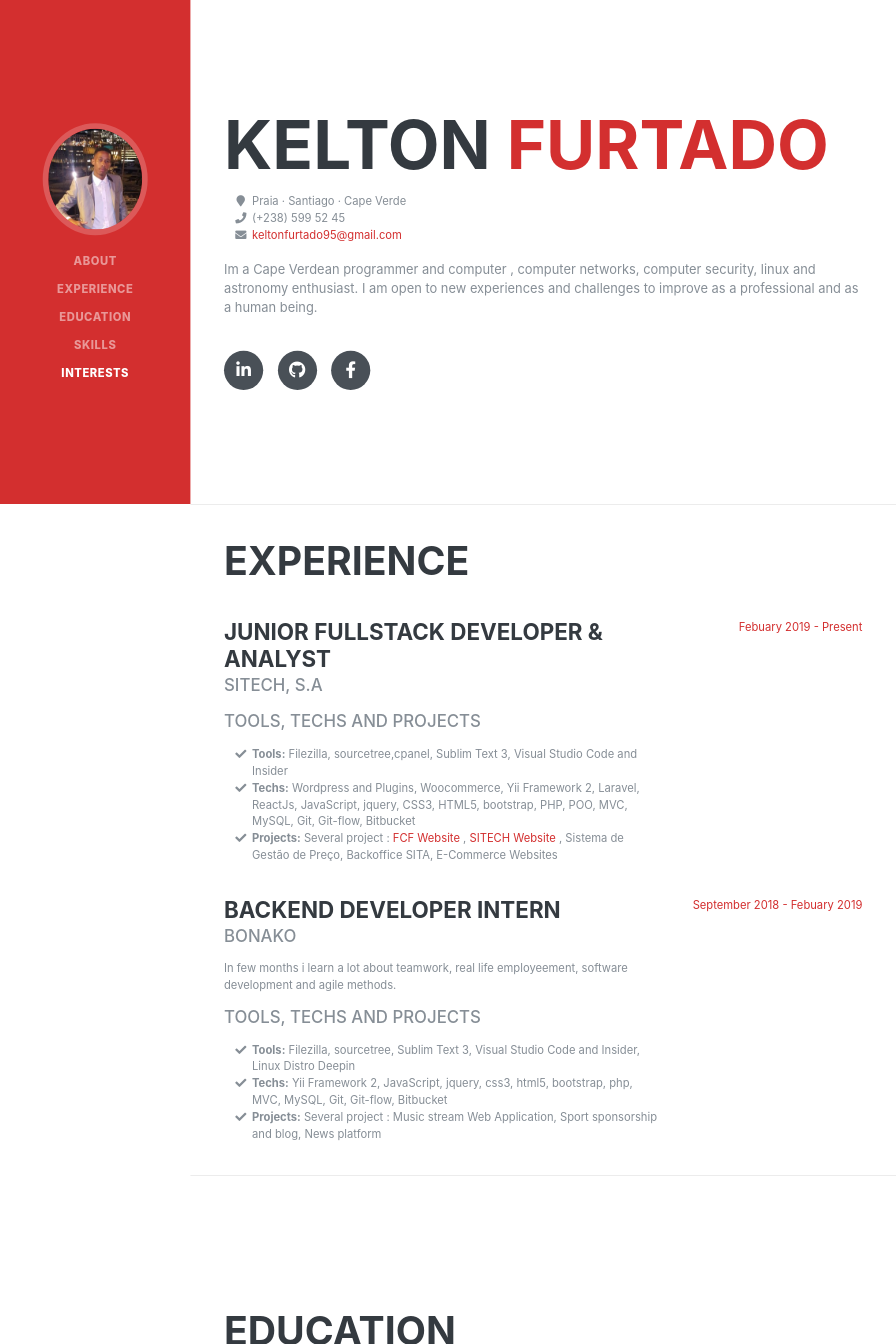
Repository: kcfurtado/kcfurtado.github.io
Page: index.html
The author's editor kept a copy of each file at every save. The page is drawn from the files as they stood at one save, then again after the next save.
The browser window is 1280 px wide. The pictures show the part of the page from y = 0 to 1920 px (the page is 3843 px tall), at 70% of full size.
Some web fonts or font styles are not loaded; a fallback is used.

Above is the page before, as saved 2020-04-04 19:10:21.

### index.html
<!DOCTYPE html>
<html lang="en">

<head>

  <meta charset="utf-8">
  <meta name="viewport" content="width=device-width, initial-scale=1, shrink-to-fit=no">
  <meta name="description" content="">
  <meta name="author" content="">

  <title>Kelton Furtado - Portfolio</title>

  <!-- Bootstrap core CSS -->
  <link href="vendor/bootstrap/css/bootstrap.min.css" rel="stylesheet">

  <!-- Custom fonts for this template -->
  <link href="https://fonts.googleapis.com/css?family=Saira+Extra+Condensed:500,700" rel="stylesheet">
  <link href="https://fonts.googleapis.com/css?family=Muli:400,400i,800,800i" rel="stylesheet">
  <link href="vendor/fontawesome-free/css/all.min.css" rel="stylesheet">

  <!-- Custom styles for this template -->
  <link href="css/resume.min.css" rel="stylesheet">

</head>

<body id="page-top">

  <nav class="navbar navbar-expand-lg navbar-dark bg-primary fixed-top" id="sideNav">
    <a class="navbar-brand js-scroll-trigger" href="#page-top">
      <span class="d-block d-lg-none">Kelton Furtado</span>
      <span class="d-none d-lg-block">
        <img class="img-fluid img-profile rounded-circle mx-auto mb-2" src="img/profile.png" alt="">
      </span>
    </a>
    <button class="navbar-toggler" type="button" data-toggle="collapse" data-target="#navbarSupportedContent" aria-controls="navbarSupportedContent" aria-expanded="false" aria-label="Toggle navigation">
      <span class="navbar-toggler-icon"></span>
    </button>
    <div class="collapse navbar-collapse" id="navbarSupportedContent">
      <ul class="navbar-nav">
        <li class="nav-item">
          <a class="nav-link js-scroll-trigger" href="#about">About</a>
        </li>
        <li class="nav-item">
          <a class="nav-link js-scroll-trigger" href="#experience">Experience</a>
        </li>
        <li class="nav-item">
          <a class="nav-link js-scroll-trigger" href="#education">Education</a>
        </li>
        <li class="nav-item">
          <a class="nav-link js-scroll-trigger" href="#skills">Skills</a>
        </li>
        <li class="nav-item">
          <a class="nav-link js-scroll-trigger" href="#interests">Interests</a>
        </li>
        <!-- <li class="nav-item">
          <a class="nav-link js-scroll-trigger" href="#awards">Awards</a>
        </li> -->
      </ul>
    </div>
  </nav>

  <div class="container-fluid p-0">

    <section class="resume-section p-3 p-lg-5 d-flex align-items-center" id="about">
      <div class="w-100">
        <h1 class="mb-0">Kelton
          <span class="text-primary">Furtado</span>
        </h1>
        <ul class="mt-4 mb-4 fa-ul mb-0">
          <li>
            <i class="fa-li fa fa-map-marker"></i> Praia · Santiago · Cape Verde
          </li>
          <li>
            <i class="fa-li fa fa-phone"></i>(+238) 599 52 45
          </li>
          <li>
            <i class="fa-li fa fa-envelope"></i> <a target="_blank" href="mailto:kelfurtado28@hotmail.com">keltonfurtado95@gmail.com</a>
          </li>
        </ul>
        <p class="lead mb-5">Im a Cape Verdean programmer and computer , computer networks, computer security, linux and astronomy enthusiast. I am open to new experiences and challenges to improve as a professional and as a human being.</p>
        <div class="social-icons">
          <a target="_blank" href="https://linkedin.com/in/kelton-furtado">
            <i class="fab fa-linkedin-in"></i>
          </a>
          <a target="_blank" href="https://github.com/kcfurtado/">
            <i class="fab fa-github"></i>
          </a>
          <!--<a href="#">
            <i class="fab fa-twitter"></i>
          </a>-->
          <a target="_blank" href="https://www.facebook.com/kcafurtado">
            <i class="fab fa-facebook-f"></i>
          </a>
        </div>
      </div>
    </section>

    <hr class="m-0">

    <section class="resume-section p-3 p-lg-5 d-flex justify-content-center" id="experience">
      <div class="w-100">
        <h2 class="mb-5">Experience</h2>

        <div class="resume-item d-flex flex-column flex-md-row justify-content-between mb-5">
          <div class="resume-content">
            <h3 class="mb-0">Junior Fullstack Developer &amp; Analyst</h3>
            <div class="subheading mb-3">SITECH, S.A</div>
            <p></p>
            <div class="subheading mb-3">Tools, Techs and projects</div>
            <ul class="fa-ul mb-0">
              <li>
                <i class="fa-li fa fa-check"></i>
                <b>Tools:</b> Filezilla, sourcetree,cpanel, Sublim Text 3, Visual Studio Code and Insider
              </li>
              <li>
                <i class="fa-li fa fa-check"></i>
                <b>Techs:</b> Wordpress and Plugins, Woocommerce, Yii Framework 2, Laravel, ReactJs,  JavaScript, jquery, CSS3, HTML5, bootstrap, PHP, POO, MVC, MySQL, Git, Git-flow, Bitbucket
              </li>
              <li>
                <i class="fa-li fa fa-check"></i>
                <b>Projects:</b> Several project : <a href="#">FCF Website</a> , <a href="#">SITECH Website</a> , Sistema de Gestão de Preço, Backoffice SITA, E-Commerce Websites
              </li>
            </ul>
          </div>
          <div class="resume-date text-md-right">
            <span class="text-primary">Febuary 2019 - Present</span>
          </div>
        </div>

        <div class="resume-item d-flex flex-column flex-md-row justify-content-between">
          <div class="resume-content">
            <h3 class="mb-0">Backend Developer Intern</h3>
            <div class="subheading mb-3">Bonako</div>
            <p> In few months i learn a lot about teamwork, real life employeement, software development and agile methods.</p>
            <div class="subheading mb-3">Tools, Techs and projects</div>
            <ul class="fa-ul mb-0">
              <li>
                <i class="fa-li fa fa-check"></i>
                <b>Tools:</b> Filezilla, sourcetree, Sublim Text 3, Visual Studio Code and Insider, Linux Distro Deepin
              </li>
              <li>
                <i class="fa-li fa fa-check"></i>
                <b>Techs:</b> Yii Framework 2, JavaScript, jquery, css3, html5, bootstrap, php, MVC, MySQL, Git, Git-flow, Bitbucket
              </li>
              <li>
                <i class="fa-li fa fa-check"></i>
                <b>Projects:</b> Several project : Music stream Web Application, Sport sponsorship and blog, News platform
              </li>
            </ul>
          </div>
          <div class="resume-date text-md-right">
            <span class="text-primary">September 2018 - Febuary 2019</span>
          </div>
        </div>

      </div>

    </section>

    <hr class="m-0">

    <section class="resume-section p-3 p-lg-5 d-flex align-items-center" id="education">
      <div class="w-100">
        <h2 class="mb-5">Education</h2>

        <div class="resume-item d-flex flex-column flex-md-row justify-content-between mb-5">
          <div class="resume-content">
            <h3 class="mb-0">University of Cape Verde</h3>
            <div class="subheading mb-3">Computer Engineering</div>
            <div></div>
            <p></p>
          </div>
          <div class="resume-date text-md-right">
            <span class="text-primary">October 2013 - July 2018 </span>
          </div>
        </div>

        <div class="resume-item d-flex flex-column flex-md-row justify-content-between">
          <div class="resume-content">
            <h3 class="mb-0">Fulgêncio Tavares High School</h3>
            <div class="subheading mb-3">Science and Technology</div>
            <p></p>
          </div>
          <div class="resume-date text-md-right">
            <span class="text-primary">September 2007 - July 2013</span>
          </div>
        </div>

      </div>
    </section>

    <hr class="m-0">

    <section class="resume-section p-3 p-lg-5 d-flex align-items-center" id="skills">
      <div class="w-100">
        <h2 class="mb-5">Skills</h2>

        <div class="subheading mb-3">Programming Languages &amp; Tools</div>
        <ul class="list-inline dev-icons">
          <li class="list-inline-item">
            <i class="fab fa-html5"></i>
          </li>
          <li class="list-inline-item">
            <i class="fab fa-css3-alt"></i>
          </li>
          <li class="list-inline-item">
            <i class="fab fa-js-square"></i>
          </li>
          <li class="list-inline-item">
            <i class="fab fa-php"></i>
          </li>
          <li class="list-inline-item">
            <i class="fab fa-laravel"></i>
          </li>
          <li class="list-inline-item">
            <i class="fab fa-yarn"></i>
          </li>
          <li class="list-inline-item">
            <i class="fab fa-node-js"></i>
          </li>
          <li class="list-inline-item">
            <i class="fab fa-bootstrap"></i>
          </li>
          <li class="list-inline-item">
            <i class="fab fa-wordpress"></i>
          </li>
          <li class="list-inline-item">
            <i class="fab fa-yarn"></i>
          </li>
          <li class="list-inline-item">
            <i class="fab fa-git"></i>
          </li>
          <li class="list-inline-item">
            <i class="fab fa-github"></i>
          </li>
          <li class="list-inline-item">
            <i class="fab fa-gitlab"></i>
          </li>
          <li class="list-inline-item">
            <i class="fab fa-bitbucket"></i>
          </li>
          <li class="list-inline-item">
            <i class="fab fa-npm"></i>
          </li>
          <li class="list-inline-item">
            <i class="fab fa-linux"></i>
          </li>
        </ul>

        <!--<div class="subheading mb-3">Workflow</div>
        <ul class="fa-ul mb-0">
          <li>
            <i class="fa-li fa fa-check"></i>
            Web-First, Responsive Design</li>
          <li>
            <i class="fa-li fa fa-check"></i>
            Cross Browser Testing &amp; Debugging</li>
          <li>
            <i class="fa-li fa fa-check"></i>
            Cross Functional Teams</li>
          <!--<li>
            <i class="fa-li fa fa-check"></i>
            Agile Development &amp; Scrum</li>-->
        </ul>
      </div>
    </section>

    <hr class="m-0">

    <section class="resume-section p-3 p-lg-5 d-flex align-items-center" id="interests">
      <div class="w-100">
        <div class="subheading mb-3">Interests</div>
        <ul class="fa-ul mb-0">
          <li>
            <i class="fa-li fa fa-check"></i> Computer network
          </li>
          <li>
            <i class="fa-li fa fa-check"></i> Computer security
          </li>
          <li>
            <i class="fa-li fa fa-check"></i> Linux distros ( Ubuntu, Fedora, Elementary, Deepin, Kali )
          </li>
          <li>
            <i class="fa-li fa fa-check"></i> JavaScript ( ES5, ES6, ES7 )
          </li>
          <li>
            <i class="fa-li fa fa-check"></i> NodeJS
          </li>
          <li>
            <i class="fa-li fa fa-check"></i> Web Services (API REST and RESTFull)
          </li>
          <li>
            <i class="fa-li fa fa-check"></i> ReactJS and React Native
          </li>
          <li>
            <i class="fa-li fa fa-check"></i> PHP
          </li>
          <li>
            <i class="fa-li fa fa-check"></i> PHP Frameworks ( Yii2, Laravel)
          </li>
          <li>
            <i class="fa-li fa fa-check"></i> Open Source Softwares
          </li>
          <li>
            <i class="fa-li fa fa-check"></i> Git, Git-flow, Github, Gitlab, Bitbucket
          </li>
          <li>
            <i class="fa-li fa fa-check"></i> Astronomy (Planets, Stars, Black hole, dark matters )
          </li>
          <li>
            <i class="fa-li fa fa-check"></i> Sports (Football, Handball, Basketball)
          </li>
        </ul>

      </div>
    </section>

    <hr class="m-0">

    <!--<section class="resume-section p-3 p-lg-5 d-flex align-items-center" id="awards">
      <div class="w-100">
        <h2 class="mb-5">Awards &amp; Certifications</h2>
        <ul class="fa-ul mb-0">
          <li>
            <i class="fa-li fa fa-trophy text-warning"></i>
            Google Analytics Certified Developer</li>
          <li>
            <i class="fa-li fa fa-trophy text-warning"></i>
            Mobile Web Specialist - Google Certification</li>
          <li>
            <i class="fa-li fa fa-trophy text-warning"></i>
            1<sup>st</sup>
            Place - University of Colorado Boulder - Emerging Tech Competition 2009</li>
          <li>
            <i class="fa-li fa fa-trophy text-warning"></i>
            1<sup>st</sup>
            Place - University of Colorado Boulder - Adobe Creative Jam 2008 (UI Design Category)</li>
          <li>
            <i class="fa-li fa fa-trophy text-warning"></i>
            2<sup>nd</sup>
            Place - University of Colorado Boulder - Emerging Tech Competition 2008</li>
          <li>
            <i class="fa-li fa fa-trophy text-warning"></i>
            1<sup>st</sup>
            Place - James Buchanan High School - Hackathon 2006</li>
          <li>
            <i class="fa-li fa fa-trophy text-warning"></i>
            3<sup>rd</sup>
            Place - James Buchanan High School - Hackathon 2005</li>
        </ul>
      </div>
    </section>
  -->

  </div>

  <!-- Bootstrap core JavaScript -->
  <script src="vendor/jquery/jquery.min.js"></script>
  <script src="vendor/bootstrap/js/bootstrap.bundle.min.js"></script>

  <!-- Plugin JavaScript -->
  <script src="vendor/jquery-easing/jquery.easing.min.js"></script>

  <!-- Custom scripts for this template -->
  <script src="js/resume.min.js"></script>

</body>

</html>

### css/resume.min.css
/*!
 * Start Bootstrap - Resume v5.0.8 (https://startbootstrap.com/template-overviews/resume)
 * Copyright 2013-2019 Start Bootstrap
 * Licensed under MIT (https://github.com/BlackrockDigital/startbootstrap-resume/blob/master/LICENSE)
 */body{font-family:Muli,-apple-system,BlinkMacSystemFont,'Segoe UI',Roboto,'Helvetica Neue',Arial,sans-serif,'Apple Color Emoji','Segoe UI Emoji','Segoe UI Symbol','Noto Color Emoji';padding-top:54px;color:#868e96}@media (min-width:992px){body{padding-top:0;padding-left:17rem}}h1,h2,h3,h4,h5,h6{font-family:'Saira Extra Condensed',-apple-system,BlinkMacSystemFont,'Segoe UI',Roboto,'Helvetica Neue',Arial,sans-serif,'Apple Color Emoji','Segoe UI Emoji','Segoe UI Symbol','Noto Color Emoji';font-weight:700;text-transform:uppercase;color:#343a40}h1{font-size:6rem;line-height:5.5rem}h2{font-size:3.5rem}h3{font-size:2rem}p.lead{font-size:1.15rem;font-weight:400}.subheading{text-transform:uppercase;font-weight:500;font-family:'Saira Extra Condensed',-apple-system,BlinkMacSystemFont,'Segoe UI',Roboto,'Helvetica Neue',Arial,sans-serif,'Apple Color Emoji','Segoe UI Emoji','Segoe UI Symbol','Noto Color Emoji';font-size:1.5rem}.social-icons a{display:inline-block;height:3.5rem;width:3.5rem;background-color:#495057;color:#fff!important;border-radius:100%;text-align:center;font-size:1.5rem;line-height:3.5rem;margin-right:1rem}.social-icons a:last-child{margin-right:0}.social-icons a:hover{background-color:#d32f2f}.dev-icons{font-size:3rem}.dev-icons .list-inline-item i:hover{color:#d32f2f}#sideNav .navbar-nav .nav-item .nav-link{font-weight:800;letter-spacing:.05rem;text-transform:uppercase}#sideNav .navbar-toggler:focus{outline-color:#9a0007}@media (min-width:992px){#sideNav{text-align:center;position:fixed;top:0;left:0;display:flex;flex-direction:column;width:17rem;height:100vh}#sideNav .navbar-brand{display:flex;margin:auto auto 0;padding:.5rem}#sideNav .navbar-brand .img-profile{max-width:10rem;max-height:10rem;border:.5rem solid rgba(255,255,255,.2)}#sideNav .navbar-collapse{display:flex;align-items:flex-start;flex-grow:0;width:100%;margin-bottom:auto}#sideNav .navbar-collapse .navbar-nav{flex-direction:column;width:100%}#sideNav .navbar-collapse .navbar-nav .nav-item{display:block}#sideNav .navbar-collapse .navbar-nav .nav-item .nav-link{display:block}}section.resume-section{padding-top:5rem!important;padding-bottom:5rem!important;max-width:75rem}section.resume-section .resume-item .resume-date{min-width:none}@media (min-width:768px){section.resume-section{min-height:100vh}section.resume-section .resume-item .resume-date{min-width:18rem}}@media (min-width:992px){section.resume-section{padding-top:3rem!important;padding-bottom:3rem!important}}.bg-primary{background-color:#d32f2f!important}.text-primary{color:#d32f2f!important}a{color:#d32f2f}a:active,a:focus,a:hover{color:#9a0007}

Loaded but not shown: vendor/bootstrap/css/bootstrap.min.css (library); vendor/fontawesome-free/css/all.min.css (library); vendor/jquery/jquery.min.js (library); vendor/bootstrap/js/bootstrap.bundle.min.js (library); vendor/jquery-easing/jquery.easing.min.js (common file); js/resume.min.js (common file)

After the next save:
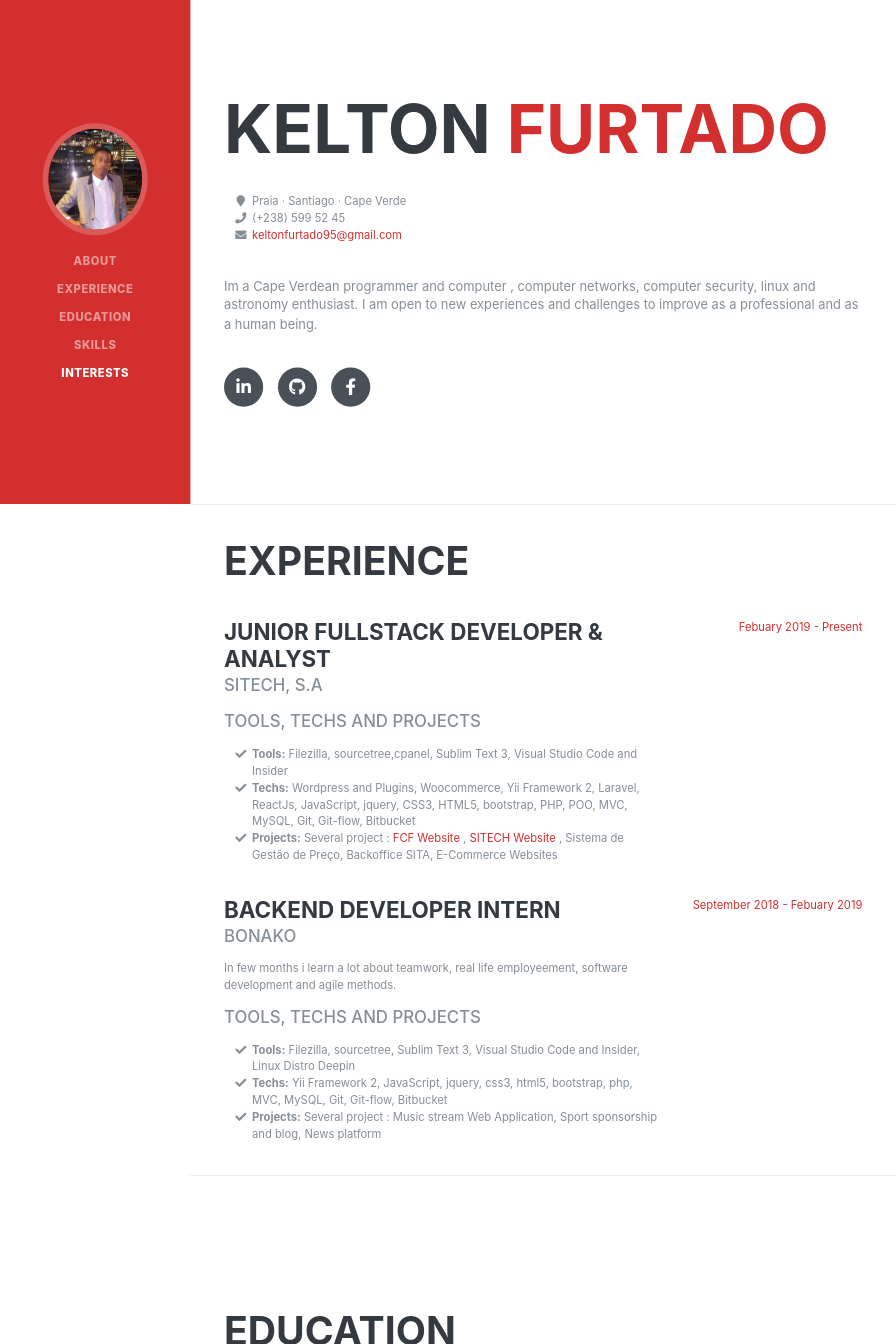
Saved 11 s later.
--- a/index.html
+++ b/index.html
@@ -66,7 +66,7 @@
         <h1 class="mb-0">Kelton
           <span class="text-primary">Furtado</span>
         </h1>
-        <ul class="mt-4 mb-4 fa-ul mb-0">
+        <ul class="mt-5 mb-5 fa-ul mb-0">
           <li>
             <i class="fa-li fa fa-map-marker"></i> Praia · Santiago · Cape Verde
           </li>
